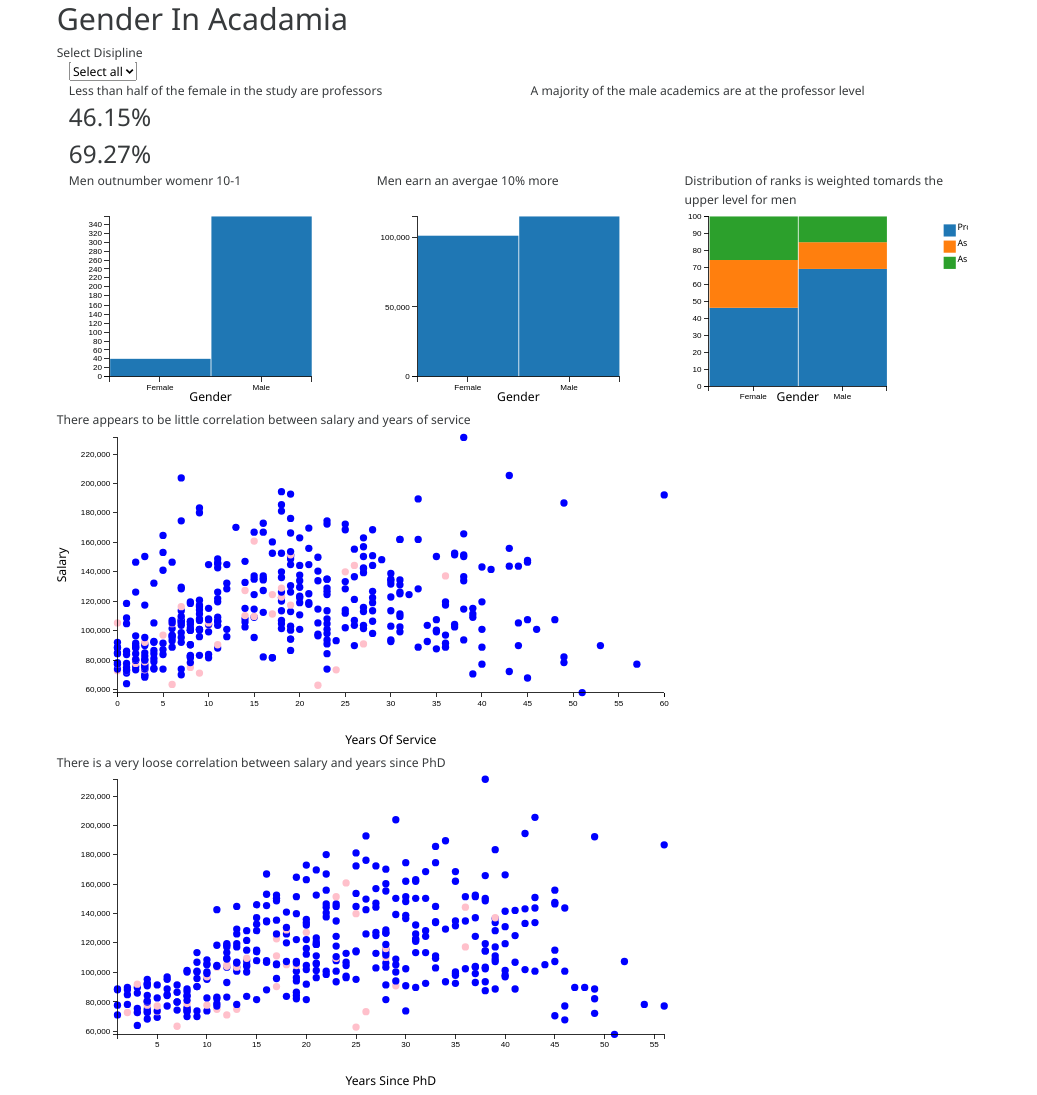
Repository: Angie55/dashboard-mini-project
Page: index.html
The author's editor kept a record of every edit. The page is drawn from the files as they stood at one moment, then again after the next edit.
The browser window is 1280 px wide. The pictures show the whole page, at 81% of full size.

Above is the page before.

### index.html
<!DOCTYPE html>
<html lang="en">
<head>
    <meta charset="UTF-8">
    <meta name="viewport" content="width=device-width, initial-scale=1.0">
    <meta http-equiv="X-UA-Compatible" content="ie=edge">
    <title>Gender In Academia</title>

    <link rel="stylesheet" href="static/css/bootstrap.min.css" type="text/css"/>
    <link rel="stylesheet" href="static/css/dc.min.css" type="text/css"/>
    <link rel="stylesheet" href="static/css/style.css" type="text/css"/>

    <script type="text/javascript" src="static/js/d3.min.js"></script>
    <script type="text/javascript" src="static/js/crossfilter.min.js"></script>
    <script type="text/javascript" src="static/js/dc.min.js"></script>
    <script type="text/javascript" src="static/js/queue.min.js"></script>
    <script type="text/javascript" src="static/js/graph.js"></script>
</head>
<body>
    <div class="container">

        <div class="row">
            <h1>Gender In Acadamia</h1>
        </div>

        <div class="row">
            <div class="col-md-offset-5">Select Disipline</div>
        </div>
        <div class="row">
            <div class="col-md-offset-5" id="discipline-selector"></div>
        </div>

        <div class="row">
            <div class="col-md-6">Less than half of the female in the study are professors</div>
            <div class="col-md-6">A majority of the male academics are at the professor level</div>
        </div>
        <div class="row">
            <div class="col-md-6 number-box " id="percent-of-women-professors"></div>
            <div class="col-md-6 number-box" id="percent-of-men-professors"></div>
        </div>

        <div class="row">
            <div class="col-md-4">Men outnumber womenr 10-1</div>
            <div class="col-md-4">Men earn an avergae 10% more</div>
            <div class="col-md-4">Distribution of ranks is weighted tomards the upper level for men</div>
        </div>

        <div class="row">
            <div class="col-md-4" id="gender-balance"></div>
            <div class="col-md-4" id="average-salary"></div>
            <div class="col-md-4" id="ranking-distribution"></div>
        </div>

        <div class="row">
            <div class="col-md-offset-2">There appears to be little correlation between salary and years of service</div>
        </div>
        <div class="row">
             <div class="col-md-offset-2" id="service-salary"></div>
        </div>

        <div class="row">
            <div class="col-md-offset-2">There is a very loose correlation between salary and years since PhD</div>
        </div>
        <div class="row">
             <div class="col-md-offset-2" id="phd-salary"></div>
        </div>


    </div>

</body>
</html>

### static/css/style.css


.navbar-default {
	background-image: none;
	margin-bottom: 0;
}

.section-heading, #discipline-selector {
	display: inline-block;
	float: none;
	margin: 0;
}

.section-heading {
	margin-bottom: 50px;
}

#discipline-selector {
	margin-left: 15px;
}

.number-box {
	margin-right: 75px;
}

.number-box, .fa.fa-gender {
    font-size: 30px;
    font-weight: 500;
}

.fa-gender {
	margin-right: 10px;
}

.custom-chart {
	margin-bottom: 40px;
}

.section {
	border-bottom: 1px solid #e6e6e6;
	padding: 30px 0;
}

.section-paragraph {
	line-height: 1.2;
}

### static/js/graph.js
queue()
    .defer(d3.csv, 'data/Salaries.csv')
    .await(makeGraphs);

function makeGraphs(error, salaryData) {
    var ndx = crossfilter(salaryData);

    salaryData.forEach(function(d){
        d.salary = parseInt(d.salary);
        d.yrs_since_phd = parseInt(d["yrs.since.phd"]);
        d.yrs_service = parseInt(d["yrs.service"]);
    });

    show_discipline_selector(ndx);

    show_percent_that_are_professors(ndx, "Female", "#percent-of-women-professors");
    show_percent_that_are_professors(ndx, "Male", "#percent-of-men-professors");

    show_gender_balance(ndx);
    show_average_salary(ndx);
    show_rank_distribution(ndx);

    show_service_to_salary_correlation(ndx);
    show_phd_to_salary_correlation(ndx);

    dc.renderAll();
}

function show_discipline_selector(ndx){
    var dim = ndx.dimension(dc.pluck('discipline'));
    var group = dim.group();

    dc.selectMenu('#discipline-selector')
    .dimension(dim)
    .group(group);
}


function show_percent_that_are_professors(ndx, gender, element) {
    var percentageThatAreProf = ndx.groupAll().reduce (
        function(p, v) {
            if (v.sex === gender) {
                p.count++;
                if (v.rank === 'Prof') {
                    p.are_prof++;
                }
            }
            return p;
        },
        function(p, v) {
            if (v.sex === gender) {
                p.count--;
                if (v.rank === "Prof") {
                    p.are_prof--;
                }
            }
            return p;
        },
        function () {
            return {count: 0, are_prof: 0}
        }
    );

    dc.numberDisplay(element)
    .formatNumber(d3.format('.2%'))
    .valueAccessor(function (d) {
            if (d.count == 0) {
                return 0;
            } else {
                return (d.are_prof / d.count);
            }
        })
        .group(percentageThatAreProf)
}


function show_gender_balance(ndx) {
    var dim = ndx.dimension(dc.pluck('sex'));
    var group = dim.group();

    dc.barChart('#gender-balance')
    .width(350)
    .height(250)
    .margins({top: 10, right: 50, bottom: 30, left: 50})
    .dimension(dim)
    .group(group)
    .transitionDuration(500)
    .x(d3.scale.ordinal())
    .xUnits(dc.units.ordinal)
    .xAxisLabel('Gender')
    .yAxis().ticks(20);
}

function show_average_salary(ndx) {
    var dim = ndx.dimension(dc.pluck('sex'));

    function add_item(p, v) {
        p.count++;
        p.total += v.salary;
        p.average = p.total / p.count;
        return p;
    }

    function remove_item(p, v) {
        p.count--;
        if(p.count == 0) {
            p.total = 0;
            p.average = 0;
        } else {
        p.total -= v.salary;
        p.average = p.total / p.count;
        }
        return p;
    }

    function initialise() {
        return {count: 0, total: 0, average: 0}
    }

    var averageSalaryByGender = dim.group().reduce(add_item, remove_item, initialise);

    dc.barChart('#average-salary')
    .width(350)
    .height(250)
    .margins({top: 10, right: 50, bottom: 30, left: 50})
    .dimension(dim)
    .group(averageSalaryByGender)
    .valueAccessor(function(d) {
        return d.value.average.toFixed(2);
    })
    .transitionDuration(500)
    .x(d3.scale.ordinal())
    .xUnits(dc.units.ordinal)
    .elasticY(true)
    .xAxisLabel('Gender')
    .yAxis().ticks(4);

}

function show_rank_distribution(ndx) {

  function rankByGender(dimension, rank) {
      return dimension.group().reduce(
    function(p, v) {
        p.total++;
        if(v.rank == rank) {
            p.match++;
        }
        return p;
    },
    function(p, v) {
        p.total--;
        if(v.rank == rank) {
            p.match--;
        }
        return p;
    },
    function () {
        return {total: 0, match: 0}
    }
  );
 }


  var dim = ndx.dimension(dc.pluck('sex'));
  var profByGender = rankByGender(dim, 'Prof');
  var asstProfByGender = rankByGender(dim, 'AsstProf');
  var assocProfByGender = rankByGender(dim, 'AssocProf');

  dc.barChart('#ranking-distribution')
    .width(350)
    .height(250)
    .dimension(dim)
    .group(profByGender, 'Prof')
    .stack(asstProfByGender, 'Asst Prof')
    .stack(assocProfByGender, 'Assoc Prof')
    .valueAccessor(function(d) {
        if(d.value.total > 0) {
         return (d.value.match / d.value.total) * 100;
    } else {
        return 0;
       }
    })
    .x(d3.scale.ordinal())
    .xUnits(dc.units.ordinal)
    .xAxisLabel("Gender")
    .legend(dc.legend().x(320).y(20).itemHeight(15).gap(5))
    .margins({top: 10, right: 100, bottom: 30, left: 30});
}

function show_service_to_salary_correlation(ndx) {

    var genderColors = d3.scale.ordinal()
    .domain(['Female', 'Male'])
    .range(['pink', 'blue']);

    var eDim = ndx.dimension(dc.pluck("yrs_service"));
    var experienceDim = ndx.dimension(function(d) {
        return [d.yrs_service, d.salary, d.rank, d.sex];
    });
    var experienceSalaryGroup = experienceDim.group();

    var minExperience = eDim.bottom(1)[0].yrs_service;
    var maxExperience = eDim.top(1)[0].yrs_service;

    dc.scatterPlot("#service-salary")
        .width(800)
        .height(400)
        .x(d3.scale.linear().domain([minExperience, maxExperience]))
        .brushOn(false)
        .symbolSize(8)
        .clipPadding(10)
        .yAxisLabel("Salary")
        .xAxisLabel("Years Of Service")
        .title(function(d) {
            return d.key[2] + " earned " + d.key[1];
        })
        .colorAccessor(function(d) {
            return d.key[3];
        })
        .colors(genderColors)
        .dimension(experienceDim)
        .group(experienceSalaryGroup)
        .margins({top: 10, right: 50, bottom: 75, left: 75});
}

function show_phd_to_salary_correlation(ndx) {

    var genderColors = d3.scale.ordinal()
        .domain(["Female", "Male"])
        .range(["pink", "blue"]);

    var pDim = ndx.dimension(dc.pluck("yrs_since_phd"));
    var phdDim = ndx.dimension(function(d) {
       return [d.yrs_since_phd, d.salary, d.rank, d.sex];
    });
    var phdSalaryGroup = phdDim.group();

    var minPhd = pDim.bottom(1)[0].yrs_since_phd;
    var maxPhd = pDim.top(1)[0].yrs_since_phd;

    dc.scatterPlot("#phd-salary")
        .width(800)
        .height(400)
        .x(d3.scale.linear().domain([minPhd, maxPhd]))
        .brushOn(false)
        .symbolSize(8)
        .clipPadding(10)
        .xAxisLabel("Years Since PhD")
        .title(function(d) {
            return d.key[2] + " earned " + d.key[1];
        })
        .colorAccessor(function (d) {
            return d.key[3];
        })
        .colors(genderColors)
        .dimension(phdDim)
        .group(phdSalaryGroup)
        .margins({top: 10, right: 50, bottom: 75, left: 75});
}

Loaded but not shown: static/css/bootstrap.min.css (library); static/css/dc.min.css (library); static/js/d3.min.js (library); static/js/crossfilter.min.js (library); static/js/dc.min.js (library); static/js/queue.min.js (common file)

After the next edit:
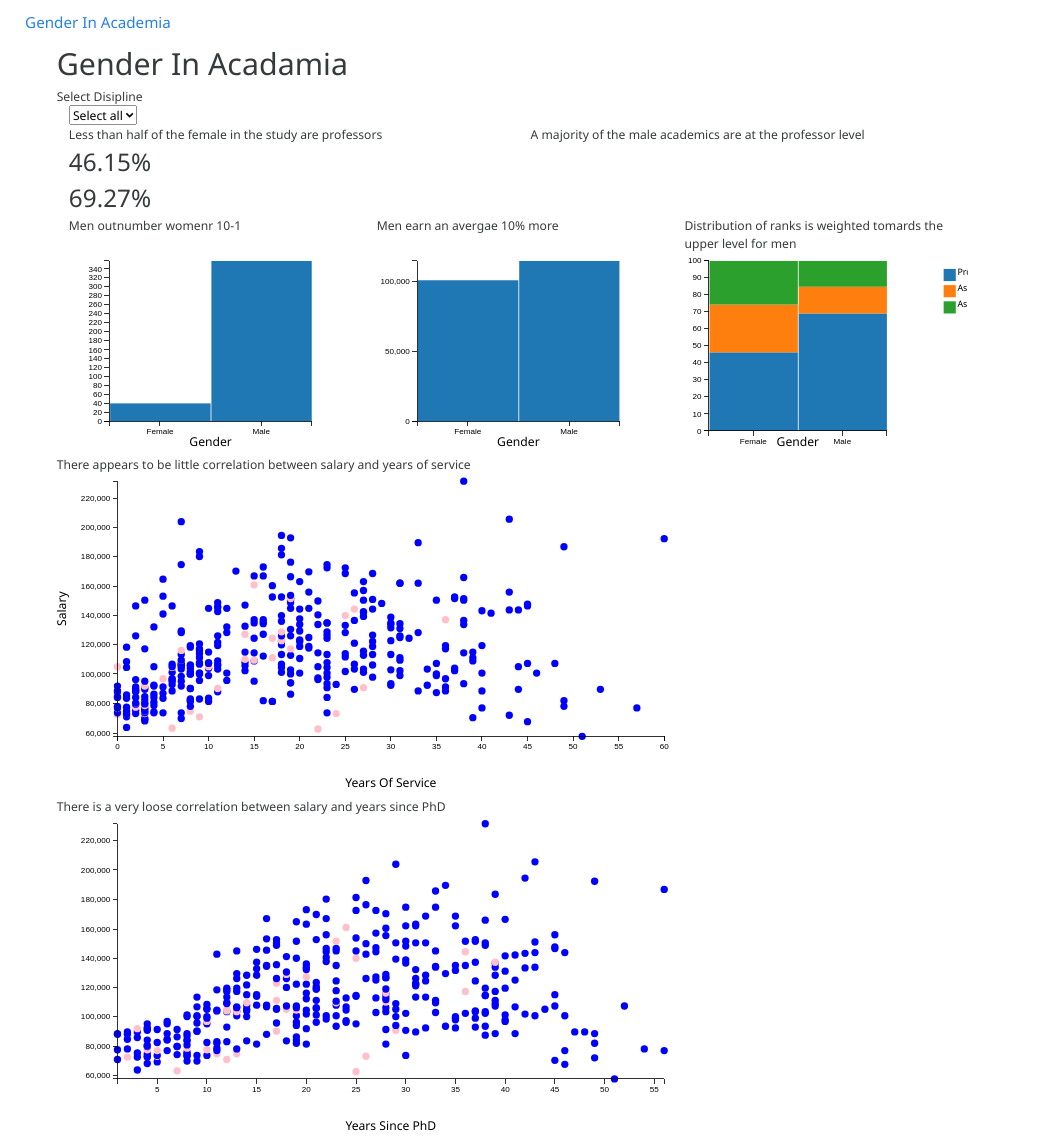
The edit:
--- a/index.html
+++ b/index.html
@@ -17,6 +17,15 @@
     <script type="text/javascript" src="static/js/graph.js"></script>
 </head>
 <body>
+    <nav class="navbar navbar-default">
+      <div class="container-fluid">
+        <div class="navbar-header">
+          <a class="navbar-brand" href="#">Gender In Academia</a>
+        </div>
+    </div>
+    </nav>
+
+
     <div class="container">
 
         <div class="row">
